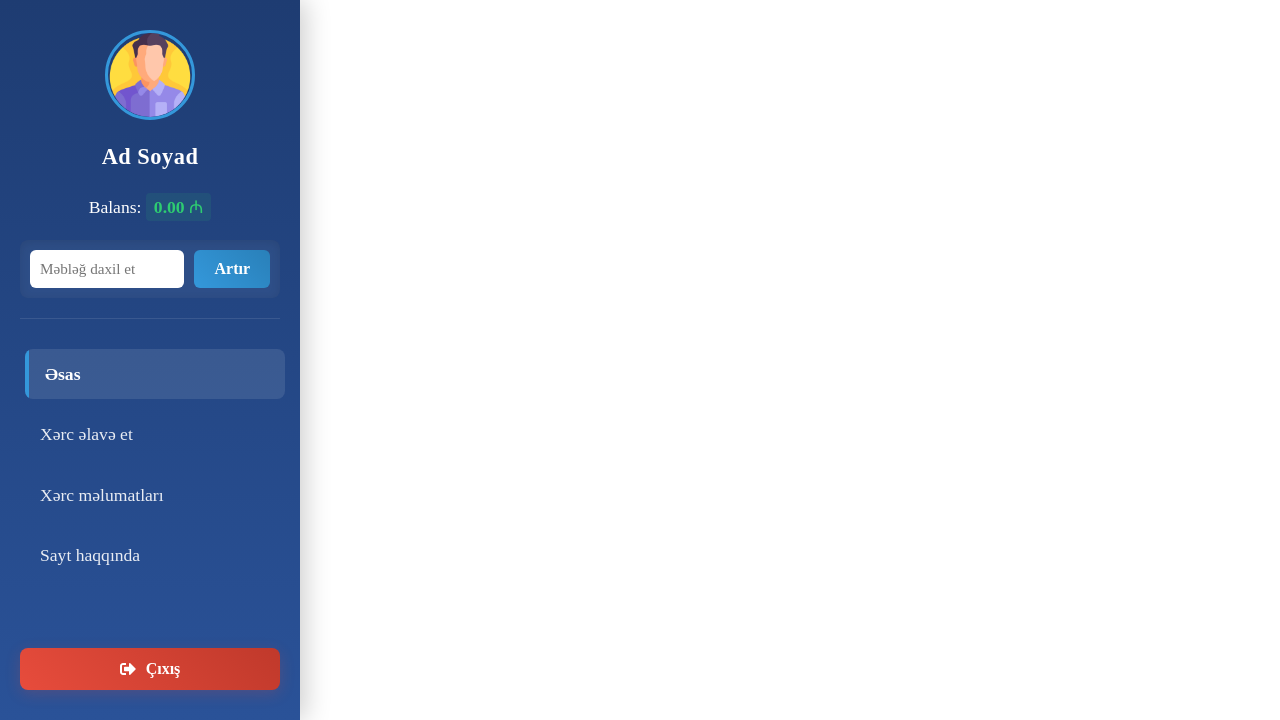
Repository: ferhadsultan98/financialmanagement
Page: /
An editor plug-in stored every save of this project. The page is shown before and after the next save, followed by the edit.
The browser window is 1280 px wide. The pictures show the whole page.
The project was rebuilt for these pictures with package versions that can differ from the ones it lists, and the page was loaded fresh each time. Also part of the build but not shown: vite.config.js, src/Components/Sidebar/ProfileModal.jsx, src/Pages/AddExpense/AddExpense.jsx, src/Pages/ExpenseDetails/ExpenseDetails.jsx, src/Pages/About/About.jsx, src/Styles/Login.scss, src/Components/Login/Login.jsx.

Above is the page before, as saved 2025-03-24 01:08:40.

### index.html
<!doctype html>
<html lang="en">
  <head>
    <meta charset="UTF-8" />
<link rel="shortcut icon" href="favicon.ico" type="image/x-icon">
    <meta name="viewport" content="width=device-width, initial-scale=1.0" />
    <title>Expense</title>
  </head>
  <body>
    <div id="root"></div>
    <script type="module" src="/src/main.jsx"></script>
  </body>
</html>

### src/App.jsx
// src/App.jsx
import React from 'react';
import './App.scss';
import MainLayout from './Components/Layout/MainLayout';
import { RouterProvider } from 'react-router-dom';
import router from './Routes';


function App() {
  return (
    <div className="App">
      <RouterProvider router={router} />
    </div>
  );
}

export default App;

### src/App.scss
*{
    margin: 0;
    padding: 0;
    box-sizing: border-box;
    font-family: Qucik;
}

### src/Components/Layout/MainLayout.jsx
// src/components/Layout/MainLayout.jsx
import React from 'react';
import Sidebar from '../Sidebar/Sidebar';
import { Outlet } from 'react-router-dom';

const MainLayout = () => {
  return (
    <div className="layout">
      <Sidebar />
      <main className="main-content">
        <Outlet />
      </main>
    </div>
  );
};

export default MainLayout;

### src/Routes.jsx
// src/routes.jsx
import { createBrowserRouter } from "react-router-dom";
import MainLayout from "./Components/Layout/MainLayout";
import Home from "./Pages/Home/Home";
import AddExpense from "./Pages/AddExpense/AddExpense";
import ExpenseDetails from "./Pages/ExpenseDetails/ExpenseDetails";
import About from "./Pages/About/About";
import Login from "./Components/Login/Login";

const router = createBrowserRouter([
  {
    path: "/login",
    element: <Login />,
  },
  {
    element: <MainLayout />,
    children: [
      {
        path: "/",
        element: <Home />,
      },
      {
        path: "/add-expense",
        element: <AddExpense />,
      },
      {
        path: "/expense-details",
        element: <ExpenseDetails />,
      },
      {
        path: "/about",
        element: <About />,
      },
    ],
  },
]);

export default router;

### src/Components/Sidebar/Sidebar.jsx
// src/components/Sidebar/Sidebar.jsx
import React, { useState } from 'react';
import '../../Styles/Sidebar.scss';
import Navbar from './Navbar';
import ProfileModal from './ProfileModal';
import { FaBars, FaSignOutAlt } from 'react-icons/fa';
import { motion } from 'framer-motion';
import { useNavigate } from 'react-router-dom';
import UserProfileIcon from '../../assets/user.png'

const Sidebar = () => {
  const [isOpen, setIsOpen] = useState(false);
  const [balance, setBalance] = useState(0);
  const [topUpAmount, setTopUpAmount] = useState('');
  const [isModalOpen, setIsModalOpen] = useState(false);
  const [userProfile, setUserProfile] = useState({
    firstName: 'Ad',
    lastName: 'Soyad',
    birthDate: '1990-01-01',
    gender: 'Kişi',
  });
  const navigate = useNavigate();

  const toggleSidebar = () => {
    setIsOpen(!isOpen);
  };

  const handleTopUp = () => {
    if (topUpAmount) {
      setBalance(prev => prev + parseFloat(topUpAmount));
      setTopUpAmount('');
    }
  };

  const handleLogout = () => {
    navigate('/login');
  };

  const handleProfileUpdate = (updatedProfile) => {
    setUserProfile(updatedProfile);
    setIsModalOpen(false);
  };

  const sidebarVariants = {
    open: { x: 0 },
    closed: { x: '-100%' },
  };

  return (
    <div className="sidebar-container">
      <button className="toggle-btn" onClick={toggleSidebar}>
        <FaBars />
      </button>

      <motion.div
        className={`sidebar ${isOpen ? 'open' : ''}`}
        initial={false}
        animate={isOpen ? 'open' : 'closed'}
        variants={sidebarVariants}
        transition={{ duration: 0.3, ease: 'easeInOut' }}
      >
        <div className="sidebar-header">
          <motion.div
            className="profile-img"
            whileHover={{ scale: 1.05 }}
            transition={{ type: 'spring', stiffness: 300 }}
            onClick={() => setIsModalOpen(true)}
          >
            <img src={UserProfileIcon} alt="Profile" />
            <div className="profile-overlay">
              <span>Profilə bax</span>
            </div>
          </motion.div>
          <h3>{`${userProfile.firstName} ${userProfile.lastName}`}</h3> {/* Dynamic name */}
          <div className="balance">
            Balans: <motion.span
              initial={{ opacity: 0 }}
              animate={{ opacity: 1 }}
              transition={{ delay: 0.2 }}
            >
              {balance.toFixed(2)} ₼
            </motion.span>
          </div>

          <motion.div className="top-up" whileHover={{ scale: 1.02 }}>
            <input
              type="number"
              placeholder="Məbləğ daxil et"
              value={topUpAmount}
              onChange={(e) => setTopUpAmount(e.target.value)}
            />
            <motion.button
              whileHover={{ scale: 1.1 }}
              whileTap={{ scale: 0.95 }}
              onClick={handleTopUp}
            >
              Artır
            </motion.button>
          </motion.div>
        </div>

        <Navbar />

        <div className="sidebar-footer">
          <motion.button
            className="logout-btn"
            whileHover={{ scale: 1.05 }}
            whileTap={{ scale: 0.95 }}
            transition={{ type: 'spring', stiffness: 300 }}
            onClick={handleLogout}
          >
            <FaSignOutAlt /> Çıxış
          </motion.button>
        </div>
      </motion.div>

      {isModalOpen && (
        <ProfileModal
          userProfile={userProfile}
          onSave={handleProfileUpdate}
          closeModal={() => setIsModalOpen(false)}
        />
      )}
    </div>
  );
};

export default Sidebar;

### src/Styles/Sidebar.scss
// src/components/Sidebar/Sidebar.scss
.sidebar-container {
    position: relative;

    .toggle-btn {
      position: fixed;
      top: 20px;
      left: 20px;
      z-index: 1001;
      background: linear-gradient(45deg, #1e3c72, #2a5298);
      color: white;
      border: none;
      padding: 12px;
      cursor: pointer;
      border-radius: 8px;
      box-shadow: 0 4px 15px rgba(0, 0, 0, 0.2);
      transition: all 0.3s ease;

      &:hover {
        transform: scale(1.1);
        box-shadow: 0 6px 20px rgba(0, 0, 0, 0.3);
      }

      @media (min-width: 769px) {
        display: none;
      }
    }

    .sidebar {
      width: 300px;
      height: 100vh;
      background: linear-gradient(180deg, #1e3c72 0%, #2a5298 100%);
      color: white;
      position: fixed;
      left: 0;
      top: 0;
      padding: 30px 20px;
      display: flex;
      flex-direction: column;
      box-shadow: 5px 0 25px rgba(0, 0, 0, 0.2);
      overflow: hidden;

      .sidebar-header {
        text-align: center;
        padding-bottom: 20px;
        border-bottom: 1px solid rgba(255, 255, 255, 0.1);

        .profile-img {
          width: 90px;
          height: 90px;
          margin: 0 auto 20px;
          position: relative;
          cursor: pointer;

          img {
            width: 100%;
            height: 100%;
            border-radius: 50%;
            object-fit: cover;
            border: 3px solid #3498db;
            transition: all 0.3s ease;
          }

          .profile-overlay {
            position: absolute;
            top: 0;
            left: 0;
            width: 100%;
            height: 100%;
            background: rgba(0, 0, 0, 0.6);
            border-radius: 50%;
            display: flex;
            align-items: center;
            justify-content: center;
            opacity: 0;
            transition: opacity 0.3s ease;

            span {
              font-size: 0.9rem;
              color: white;
            }
          }

          &:hover .profile-overlay {
            opacity: 1;
          }
        }

        h3 {
          margin: 15px 0;
          font-size: 1.4rem;
          font-weight: 600;
          letter-spacing: 0.5px;
        }

        .balance {
          margin: 20px 0;
          font-size: 1.1rem;

          span {
            font-weight: bold;
            color: #2ecc71;
            background: rgba(46, 204, 113, 0.1);
            padding: 4px 8px;
            border-radius: 4px;
          }
        }

        .top-up {
          display: flex;
          gap: 10px;
          background: rgba(255, 255, 255, 0.05);
          padding: 10px;
          border-radius: 8px;
          box-shadow: inset 0 2px 10px rgba(0, 0, 0, 0.1);

          input {
            padding: 10px;
            border-radius: 6px;
            border: none;
            width: 65%;
            background: #fff;
            color: #2c3e50;
            font-size: 0.95rem;
            transition: all 0.3s ease;

            &:focus {
              outline: none;
              box-shadow: 0 0 5px rgba(52, 152, 219, 0.5);
            }
          }

          button {
            padding: 10px 20px;
            background: linear-gradient(45deg, #3498db, #2980b9);
            border: none;
            border-radius: 6px;
            color: white;
            cursor: pointer;
            font-weight: 600;
            transition: all 0.3s ease;

            &:hover {
              background: linear-gradient(45deg, #2980b9, #3498db);
              box-shadow: 0 4px 15px rgba(52, 152, 219, 0.4);
            }
          }
        }
      }

      .sidebar-nav {
        flex-grow: 1;
        margin: 20px 0;

        ul {
          list-style: none;
          padding: 0;

          li {
            margin: 10px 0;

            a {
              color: rgba(255, 255, 255, 0.9);
              text-decoration: none;
              font-size: 1.1rem;
              display: block;
              padding: 12px 20px;
              border-radius: 8px;
              transition: all 0.3s ease;
              position: relative;
              overflow: hidden;

              &::before {
                content: '';
                position: absolute;
                left: 0;
                top: 0;
                width: 4px;
                height: 100%;
                background: #3498db;
                transform: translateX(-100%);
                transition: all 0.3s ease;
              }

              &:hover,
              &.active {
                background: rgba(255, 255, 255, 0.1);
                color: white;
                transform: translateX(5px);

                &::before {
                  transform: translateX(0);
                }
              }

              &.active {
                font-weight: 600;
              }
            }
          }
        }
      }

      .sidebar-footer {
        margin-top: auto;

        .logout-btn {
          width: 100%;
          padding: 12px;
          background: linear-gradient(45deg, #e74c3c, #c0392b);
          border: none;
          border-radius: 8px;
          color: white;
          cursor: pointer;
          font-weight: 600;
          display: flex;
          align-items: center;
          justify-content: center;
          gap: 10px;
          box-shadow: 0 4px 15px rgba(231, 76, 60, 0.2);
          transition: all 0.3s ease;

          &:hover {
            background: linear-gradient(45deg, #c0392b, #e74c3c);
            box-shadow: 0 6px 20px rgba(231, 76, 60, 0.4);
            transform: translateY(-2px);
          }
        }
      }
    }

    @media (max-width: 768px) {
      .sidebar {
        z-index: 1000;
      }
    }

    @media (min-width: 769px) {
      .sidebar {
        transform: translateX(0) !important; // Always visible on desktop
      }
    }
  }

  // src/components/Sidebar/Sidebar.scss
// ... (existing styles remain unchanged)

.modal-overlay {
  position: fixed;
  top: 0;
  left: 0;
  width: 100%;
  height: 100%;
  background: rgba(0, 0, 0, 0.6);
  display: flex;
  align-items: center;
  justify-content: center;
  z-index: 2000;
}

.profile-modal {
  background: white;
  border-radius: 15px;
  padding: 30px;
  width: 100%;
  max-width: 400px;
  box-shadow: 0 10px 30px rgba(0, 0, 0, 0.2);
  text-align: center;

  h2 {
    color: #2c3e50;
    font-size: 1.8rem;
    margin-bottom: 20px;
    font-weight: 600;
  }

  .modal-content {
    .form-group {
      margin-bottom: 20px;
      text-align: left;

      label {
        display: block;
        margin-bottom: 5px;
        color: #2c3e50;
        font-weight: 500;
      }

      input,
      select {
        width: 100%;
        padding: 10px;
        border: 1px solid #ddd;
        border-radius: 6px;
        font-size: 1rem;
        color: #2c3e50;
        transition: all 0.3s ease;

        &:focus {
          outline: none;
          border-color: #3498db;
          box-shadow: 0 0 5px rgba(52, 152, 219, 0.3);
        }
      }
    }
  }

  .modal-actions {
    display: flex;
    gap: 10px;
    justify-content: center;
    margin-top: 20px;

    .save-btn {
      padding: 10px 20px;
      background: linear-gradient(45deg, #2ecc71, #27ae60);
      border: none;
      border-radius: 6px;
      color: white;
      font-weight: 600;
      cursor: pointer;
      box-shadow: 0 4px 15px rgba(46, 204, 113, 0.2);
      transition: all 0.3s ease;

      &:hover {
        background: linear-gradient(45deg, #27ae60, #2ecc71);
        box-shadow: 0 6px 20px rgba(46, 204, 113, 0.4);
      }
    }

    .close-btn {
      padding: 10px 20px;
      background: linear-gradient(45deg, #e74c3c, #c0392b);
      border: none;
      border-radius: 6px;
      color: white;
      font-weight: 600;
      cursor: pointer;
      box-shadow: 0 4px 15px rgba(231, 76, 60, 0.2);
      transition: all 0.3s ease;

      &:hover {
        background: linear-gradient(45deg, #c0392b, #e74c3c);
        box-shadow: 0 6px 20px rgba(231, 76, 60, 0.4);
      }
    }
  }

  @media (max-width: 480px) {
    padding: 20px;
    max-width: 90%;

    h2 {
      font-size: 1.5rem;
    }

    .form-group {
      input,
      select {
        font-size: 0.9rem;
      }
    }

    .modal-actions {
      flex-direction: column;
      gap: 10px;

      button {
        width: 100%;
      }
    }
  }
}

### src/Components/Sidebar/Navbar.jsx
// src/components/Sidebar/Navbar.jsx
import React from 'react';
import { NavLink } from 'react-router-dom';
import { motion } from 'framer-motion';

const Navbar = () => {
  const navItems = [
    { path: '/', label: 'Əsas' },
    { path: '/add-expense', label: 'Xərc əlavə et' },
    { path: '/expense-details', label: 'Xərc məlumatları' },
    { path: '/about', label: 'Sayt haqqında' },
  ];

  return (
    <nav className="sidebar-nav">
      <ul>
        {navItems.map((item, index) => (
          <motion.li
            key={item.path}
            initial={{ opacity: 0, y: 20 }}
            animate={{ opacity: 1, y: 0 }}
            transition={{ delay: index * 0.1 }}
          >
            <NavLink to={item.path} end={item.path === '/'}>
              {item.label}
            </NavLink>
          </motion.li>
        ))}
      </ul>
    </nav>
  );
};

export default Navbar;

Loaded but not shown: src/main.jsx (common file); src/index.css (common file); src/Pages/Home/Home.jsx (common file)

After the next save:
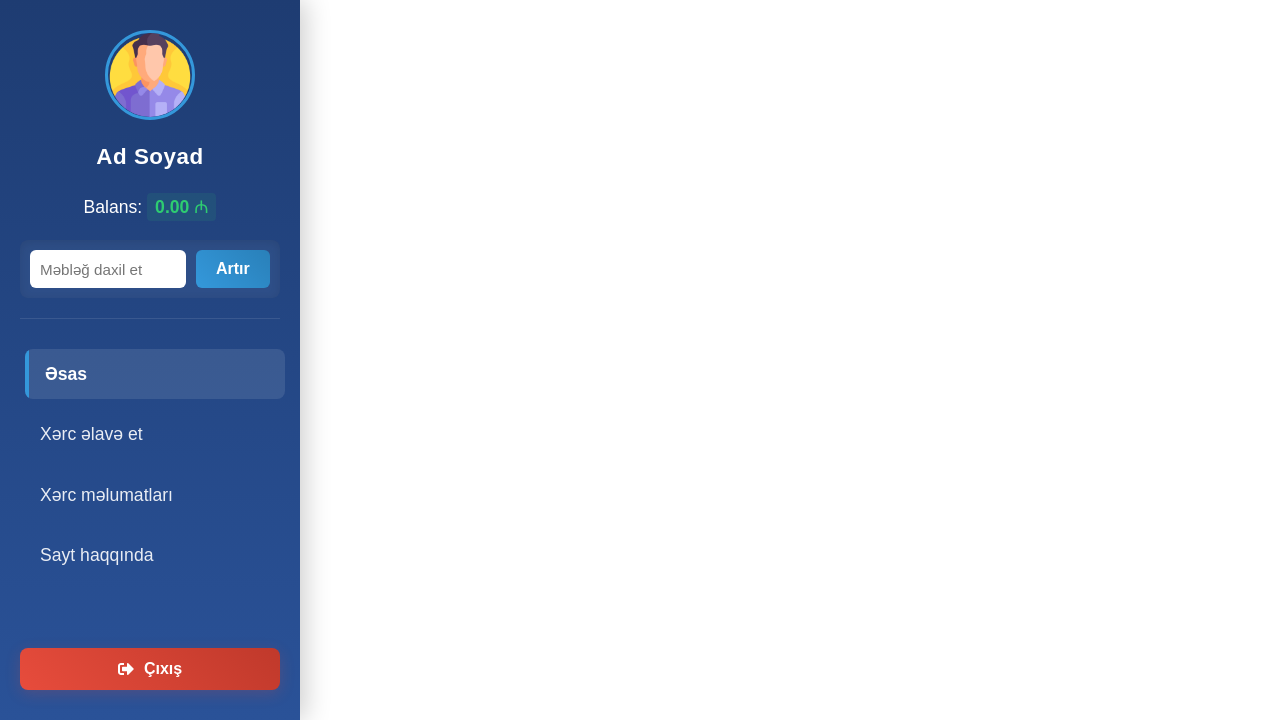
Saved 25 s later.
--- a/src/App.scss
+++ b/src/App.scss
@@ -2,5 +2,5 @@
     margin: 0;
     padding: 0;
     box-sizing: border-box;
-    font-family: Qucik;
+    font-family: 'Quicksand-Regular', sans-serif;
 }
